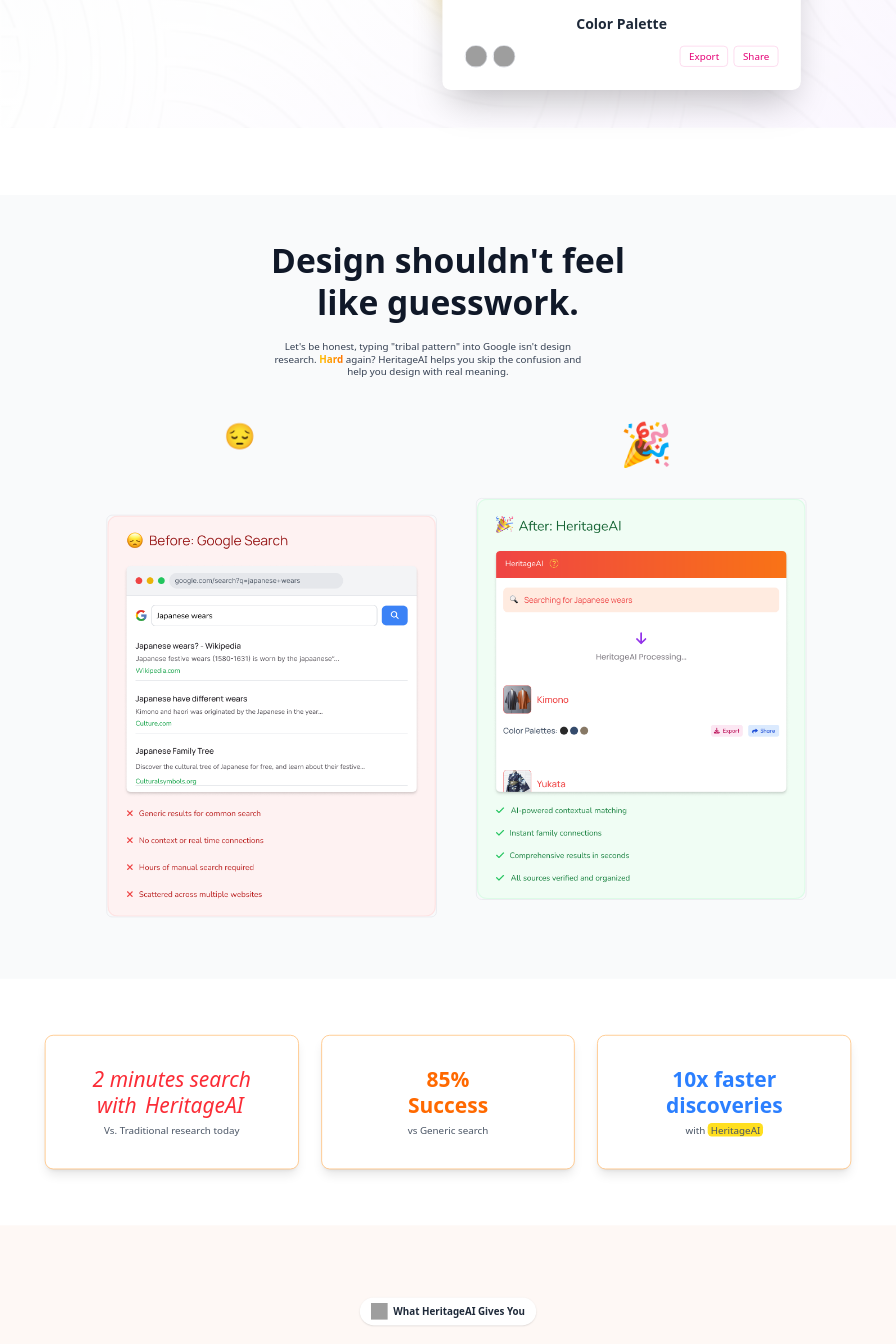
Repository: Em-driod/Heritage
Page: /
The author's editor kept a copy of each file at every save. The page is drawn from the files as they stood at one save, then again after the next save.
The browser window is 1280 px wide. The pictures show the part of the page from y = 708 to 2628 px (the page is 5766 px tall), at 70% of full size.
Pictures or frames that could not be fetched are drawn as grey boxes. The project was rebuilt for these pictures with package versions that can differ from the ones it lists, and the page was loaded fresh each time. Also part of the build but not shown: vite.config.ts.

Above is the page before, as saved 2025-07-09 12:00:30.

### src/App.tsx
// src/App.tsx
import React from 'react';
import { BrowserRouter as Router, Route, Routes } from 'react-router-dom';
import Home from './pages/House';
import Navbar from './components/Navbar';



const App: React.FC = () => {
  return (
    <Router>
      <div>
       <Navbar />

        <Routes>
          <Route path="/" element={<Home />} />


        </Routes>
      </div>
    </Router>
  );
};

export default App;

### src/pages/House.tsx
import Hero from "../components/Hero"
import Landsecont from "../components/landsecont"
import Landthird from "../components/landthird"
import Landfourth from "../components/landfourth"
import Landfifth from "../components/landfifth"

const Home = () => {
  return (
    <div>
      <Hero />
      <Landsecont />
      <Landthird />
     <Landfourth />
     <Landfifth />
    </div>
  )
}

export default Home

### src/components/Navbar.tsx


const Navbar = () => {
  return (
    <div className="flex items-center justify-between py-4 px-28 border-b border-gray-200">
      <div className="flex items-center space-x-4">
        {/* Using standard <img> tag */}
        <div className="relative w-24 h-8"> {/* You might need to adjust these dimensions or add more specific CSS for proper sizing */}
          <img
            src="/HeritageAI_logo.png" // Path to your image in the public folder
            alt="HeritageAI Logo"
            className="w-full h-full object-contain" // Tailwind classes for object-fit and full width/height
          />
        </div>

      </div>
       <nav className="hidden md:flex space-x-6">
          {/* Using standard <a> tags */}
          <a href="/culture" className="text-gray-700 hover:text-gray-900">Culture</a>
          <a href="/gallery" className="text-gray-700 hover:text-gray-900">Gallery</a>
          <a href="/about" className="text-gray-700 hover:text-gray-900">About</a>
        </nav>
      <div className="relative flex items-center">
        <input
          type="text"
          placeholder="Yoruba culture"
          className="pl-10 pr-4 py-2 border border-gray-300 rounded-md focus:outline-none focus:ring-2 focus:ring-blue-500 focus:border-transparent"
        />
        <svg
          className="absolute left-3 top-1/2 transform -translate-y-1/2 w-5 h-5 text-gray-400"
          fill="none"
          stroke="currentColor"
          viewBox="0 0 24 24"
          xmlns="http://www.w3.org/2000/svg"
        >
          <path
            strokeLinecap="round"
            strokeLinejoin="round"
            strokeWidth="2"
            d="M21 21l-6-6m2-5a7 7 0 11-14 0 7 7 0 0114 0z"
          ></path>
        </svg>
      </div>
    </div>
  );
};

export default Navbar;

### src/components/Hero.tsx
// ...imports and interface (unchanged)
import React, { useState, useEffect } from 'react';

interface Asset {
  src: string;
  label: string;
}

const Hero: React.FC = () => {
  const [selectedCulture, setSelectedCulture] = useState<string>('Yoruba');
  const [isLoading, setIsLoading] = useState<boolean>(false);
  const [generatedAssets, setGeneratedAssets] = useState<Asset[]>([]);
  const [showAmalaSpecificLoading, setShowAmalaSpecificLoading] = useState<boolean>(false);

  const fetchGeneratedAssets = (cultureParam: string) => {
    setIsLoading(true);
    setShowAmalaSpecificLoading(false);

    setTimeout(() => {
      let assetsData: Asset[] = [];
      if (cultureParam === 'Yoruba') {
        assetsData = [
          { src: "/obatala.png", label: "Obatala" },
          { src: "/amala.png", label: "Amala" },
          { src: "/osun.png", label: "Oshun" },
        ];
      } else if (cultureParam === 'Igbo') {
        assetsData = [
          { src: "/path-to-igbo-asset1.jpg", label: "Odinani" },
          { src: "/path-to-igbo-asset2.jpg", label: "Agbogho Mmuo" },
          { src: "/path-to-igbo-asset3.jpg", label: "Igbo Ukwu" },
        ];
      } else if (cultureParam === 'Japanese') {
        assetsData = [
          { src: "/path-to-japanese-asset1.jpg", label: "Geisha" },
          { src: "/path-to-japanese-asset2.jpg", label: "Samurai" },
          { src: "/path-to-japanese-asset3.jpg", label: "Sakura" },
        ];
      }
      setGeneratedAssets(assetsData);
      setIsLoading(false);

      if (cultureParam === 'Yoruba') {
        setShowAmalaSpecificLoading(true);
        setTimeout(() => setShowAmalaSpecificLoading(false), 5000);
      }
    }, 1500);
  };

  useEffect(() => {
    fetchGeneratedAssets(selectedCulture);
  }, [selectedCulture]);

  const handleCultureSelect = (cultureName: string) => {
    setSelectedCulture(cultureName);
  };

  const SkeletonLoader: React.FC = () => (
    <div className="space-y-4">
      {[1, 2, 3].map((_, index) => (
        <div key={index} className="flex items-center justify-between animate-pulse">
          <div className="flex items-center space-x-3">
            <div className="w-12 h-12 rounded-lg bg-gray-200"></div>
            <div className="h-4 bg-gray-200 rounded w-24"></div>
          </div>
          <div className="flex space-x-2">
            <div className="h-8 bg-gray-200 rounded w-16"></div>
            <div className="h-8 bg-gray-200 rounded w-16"></div>
          </div>
        </div>
      ))}
    </div>
  );

  const AmalaSpecificLoader: React.FC = () => (
    <div className="flex flex-col justify-center bg-gray-50 p-4 rounded-lg border border-gray-200 text-sm text-gray-800 space-y-4">
      <p><span className="font-semibold text-red-500">Symbol:</span> Symbolic of earthiness, heritage, and resilience.</p>
      <p><span className="font-semibold text-red-500">Color:</span> Dark Brown/Charcoal</p>
      <p><span className="font-semibold text-red-500">Made From:</span> Elubo (yam flour), sometimes cassava flour or plantain.</p>
      <p><span className="font-semibold text-red-500">Regions Known For It:</span> Deeply rooted in Oyo, Osun, Ibadan.</p>
      <p><span className="font-semibold text-red-500">Enjoyed With:</span> Ewedu, gbegiri, and obe ata.</p>
      <p className="italic text-gray-600">Sometimes called the “Yoruba national combo.”</p>
    </div>
  );

  return (
    <div className="py-4 sm:py-8 md:py-12 lg:py-24">
      <div
        className="relative flex justify-center items-center min-h-screen text-center "
        style={{
          backgroundImage: "url('/cfd.png')",
          backgroundSize: "cover",
          backgroundPosition: "center",
          backgroundRepeat: "no-repeat",
        }}
      >
        <div className="absolute inset-0 bg-gradient-to-br from-gray-50 via-white to-purple-50 opacity-80 z-0" />

        <div className="relative z-10 container mx-auto flex flex-col lg:flex-row items-center lg:items-start justify-center gap-8 lg:gap-12 max-w-7xl">
          {/* Left Section */}
          <div className="flex flex-col items-center mt-6 lg:items-start text-center lg:text-left max-w-full lg:max-w-xl px-4 sm:px-0">
            <h1 className="text-4xl md:text-4xl lg:text-5xl font-medium leading-tight text-gray-900 mb-8">
              Ancient Stories.<br />Modern Design.
            </h1>
            <p className="text-4xl md:text-4xl lg:text-5xl font-serif italic text-gray-900 mb-8">Instantly.</p>
            <p className="text-base sm:text-lg text-gray-700 mb-10 max-w-md">
              Bring ancient patterns, bold colors, and deep meaning into every pixel automatically.
            </p>
            <button className="flex items-center px-6 py-3 sm:px-8 sm:py-4 bg-gradient-to-r from-red-500 to-orange-500 text-white font-semibold rounded-lg shadow-lg hover:shadow-xl transition duration-300 transform hover:scale-105">
              <svg className="w-5 h-5 mr-2" fill="currentColor" viewBox="0 0 20 20">
                <path fillRule="evenodd" d="M10 18a8 8 0 100-16 8 8 0 000 16zM9.555 7.168A1 1 0 008 8v4a1 1 0 001.555.832l3-2a1 1 0 000-1.664l-3-2z" clipRule="evenodd" />
              </svg>
              Try Beta Free
            </button>
          </div>

          {/* Right Section Card + Aura */}
          <div className="relative w-full max-w-md lg:max-w-lg  lg:mt-0">
            {/* Glow effects behind the card */}
            <div className="absolute right-0 top-1/2 -translate-y-1/2 w-60 h-60 bg-purple-800 opacity- blur-2xl rounded-full z-[-1]" />
            <div className="absolute top-0 left-1/2 -translate-x-1/2 w-40 h-40 bg-green-400 opacity-30 blur-xl rounded-full z-[-1]" />
            <div className="absolute left-0 bottom-20 w-40 h-40 bg-yellow-400 opacity-40 blur-xl rounded-full z-[-1]" />

            {/* Actual Card */}
            <div className="bg-white rounded-xl shadow-2xl p-0 sm:p-8">
              <h2 className="text-lg sm:text-xl font-semibold text-gray-800 mb-6">Select Culture</h2>
              <div className="grid grid-cols-2 sm:grid-cols-3 gap-3 mb-8">
                {/* Culture Buttons */}
                {['Yoruba', 'Igbo', 'Japanese'].map((culture) => (
                  <button
                    key={culture}
                    className={`relative flex items-center justify-center p-3 rounded-md text-sm font-medium text-white h-20 overflow-hidden ${selectedCulture === culture ? 'ring-2 ring-purple-500 ring-offset-2' : ''}`}
                    onClick={() => handleCultureSelect(culture)}
                  >
                    <img src={`/${culture.toLowerCase()}.png`} alt={`${culture} Culture`} className="absolute inset-0 w-full h-full object-cover" />
                    <div className="absolute inset-0 bg-opacity-40 flex items-center justify-center"></div>
                  </button>
                ))}
              </div>

              <div className="flex flex-col items-center mb-6">
                <svg className="w-6 h-6 text-purple-600 mb-2" fill="none" stroke="currentColor" viewBox="0 0 24 24">
                  <path strokeLinecap="round" strokeLinejoin="round" strokeWidth="2" d="M19 14l-7 7m0 0l-7-7m7 7V3" />
                </svg>
              </div>

              <h2 className="text-lg sm:text-xl font-semibold text-gray-800 mb-4">Generated Assets</h2>
              {isLoading ? (
                <SkeletonLoader />
              ) : (
                <div className="space-y-4 mb-8">
                  {generatedAssets.map((asset) => (
                    <React.Fragment key={asset.label}>
                      <div className="flex items-center justify-between">
                        <div className="flex items-center space-x-3">
                          <img src={asset.src} alt={asset.label} className="w-12 h-12 rounded-lg object-cover" />
                          <span className="text-gray-800 font-medium">{asset.label}</span>
                        </div>
                        <div className="flex flex-col sm:flex-row space-y-2 sm:space-y-0 sm:space-x-2 text-sm">
                          <button className="px-3 py-1 border border-pink-200 text-pink-600 rounded-md hover:bg-pink-50">Export</button>
                          <button className="px-3 py-1 border border-pink-200 text-pink-600 rounded-md hover:bg-pink-50">Share</button>
                        </div>
                      </div>
                      {asset.label === 'Amala' && selectedCulture === 'Yoruba' && showAmalaSpecificLoading && (
                        <AmalaSpecificLoader />
                      )}
                    </React.Fragment>
                  ))}
                </div>
              )}

              <h2 className="text-lg sm:text-xl font-semibold text-gray-800 mb-4">Color Palette</h2>
              <div className="flex flex-col sm:flex-row items-center justify-between space-y-4 sm:space-y-0">
                <div className="flex space-x-2">
                  <button className="w-8 h-8 rounded-full border border-gray-300 bg-cover bg-center" style={{ backgroundImage: "url('/path-to-yellow-palette-image.png')" }} />
                  <button className="w-8 h-8 rounded-full border border-gray-300 bg-cover bg-center" style={{ backgroundImage: "url('/path-to-dark-palette-image.png')" }} />
                </div>
                <div className="flex space-x-2 text-sm">
                  <button className="px-3 py-1 border border-pink-200 text-pink-600 rounded-md hover:bg-pink-50">Export</button>
                  <button className="px-3 py-1 border border-pink-200 text-pink-600 rounded-md hover:bg-pink-50">Share</button>
                </div>
              </div>
            </div>
          </div>
          {/* End of Right Section */}
        </div>
      </div>
    </div>
  );
};

export default Hero;

### src/components/landsecont.tsx
const Landsecont = () => {
  return (
    <div className="flex flex-col items-center justify-center min-h-screen bg-gray-50 py-16 px-4 sm:px-6 lg:px-8">
      {/* Top Section: Main Heading and Subheading */}
      <div className="text-center mb-16 max-w-4xl mx-auto">
        <h1 className="text-4xl sm:text-5xl lg:text-5xl font-bold text-gray-900 leading-tight">
          Design shouldn't feel
          <br />
          like guesswork.
        </h1>
        <p className="mt-6 text-sm sm:text-sm w-112 text-gray-700 leading-tight">
          Let's be honest, typing "tribal pattern" into Google
          isn't design research.
          <span className="font-bold bg-gradient-to-r from-yellow-400 to-orange-500 text-transparent bg-clip-text"> Hard </span>
          again? HeritageAI helps you skip the
          confusion and help you design with real meaning.
        </p>
      </div>

      {/* Middle Section: Emojis */}
      <div className="flex justify-between w-full max-w-5xl px-8 mb-12">
        <span role="img" aria-label="sad face" className="text-4xl  translate-x-40">
          😔
        </span>
        <span role="img" aria-label="party popper" className="text-6xl -translate-x-40">
          🎉
        </span>
      </div>

      {/* Bottom Section: Before & After Cards */}
      <div className="flex flex-col lg:flex-row justify-center items-stretch gap-8 w-full max-w-5xl">
        {/* Left Column: Before Google Search */}
        <div className="  flex-1  p-6 flex flex-col">

          <img
            src="/afre.png"
            alt="Google Search Screenshot"
            className="rounded-lg border border-gray-200 w-full object-cover"
          />
        </div>

        {/* Right Column: After HeritageAI */}
            <div className="  flex-1    flex flex-col">
                <span role="img" aria-label="party popper" className="text-2xl translate-x-12">

        </span>

          <img
            src="/reaf.png"
            alt="Google Search Screenshot"
            className="rounded-lg border border-gray-200 w-full object-cover"
          />
        </div>
      </div>
    </div>
  );
};

export default Landsecont;

### src/components/landthird.tsx


const Landthird = () => {
  return (
    <div className="flex justify-center items-center py-20 px-4 sm:px-6 lg:px-8 bg-white">
      <div className="flex flex-col lg:flex-row items-center justify-center gap-8 w-full max-w-6xl">

        {/* Card 1: 2 minutes search */}
        <div className="flex-1 bg-white border border-orange-300 rounded-xl shadow-lg p-6 text-center h-48 flex flex-col justify-center transition-transform duration-300 hover:scale-105">
          <p className="text-3xl italic  text-red-500 mb-2">
            2 minutes search
            <br />
            with <span className=" px-1 rounded-md">HeritageAI</span>
          </p>
          <p className="text-sm text-gray-600">
            Vs. Traditional research today
          </p>
        </div>

        {/* Card 2: 85% Success */}
        <div className="flex-1 bg-white border border-orange-300 rounded-xl shadow-lg p-6 text-center h-48 flex flex-col justify-center transition-transform duration-300 hover:scale-105">
          <p className="text-3xl font-bold text-orange-500 mb-2">
            85%
            <br />
            Success
          </p>
          <p className="text-sm text-gray-600">
            vs Generic search
          </p>
        </div>

        {/* Card 3: 10x faster discoveries */}
        <div className="flex-1 bg-white border border-orange-300 rounded-xl shadow-lg p-6 text-center h-48 flex flex-col justify-center transition-transform duration-300 hover:scale-105">
          <p className="text-3xl font-bold text-blue-500 mb-2">
            10x faster
            <br />
            discoveries
          </p>
          <p className="text-sm text-gray-600">
            with <span className="bg-yellow-300 px-1 rounded-md">HeritageAI</span>
          </p>
        </div>

      </div>
    </div>
  );
};

export default Landthird;

### src/components/landfourth.tsx


const Landfourth = () => {
  return (
    <div className="bg-[#fef8f5] min-h-screen flex flex-col items-center justify-center py-20 px-4 sm:px-6 lg:px-8">
      {/* Top Section: What HeritageAI Gives You */}
      <div className="text-center mb-16">
        <div className="inline-flex items-center bg-white rounded-full py-2 px-4 shadow-sm mb-6">
          <img
            src="/path-to-heritageai-icon.png" // Placeholder, replace with your actual icon path
            alt="HeritageAI Icon"
            className="w-6 h-6 mr-2"
          />
          <span className="text-sm font-semibold text-gray-800">What HeritageAI Gives You</span>
        </div>
        <h1 className="text-5xl sm:text-6xl font-bold text-gray-900 leading-tight">
          One click.
          <br />
          Infinite heritage.
        </h1>
      </div>

      {/* Cards Section */}
      <div className="grid grid-cols-1 md:grid-cols-2 lg:grid-cols-4 gap-8 max-w-6xl w-full">

        {/* Card 1: Design kits */}
        <div className="bg-white rounded-2xl shadow-lg p-6 flex flex-col items-start text-left">
          <img
            src="/path-to-design-kits-icon.png" // Placeholder, replace with your actual icon path
            alt="Design kits icon"
            className="w-12 h-12 mb-4"
          />
          <h3 className="text-xl font-semibold text-gray-900 mb-2">Design kits</h3>
          <p className="text-gray-600 text-sm mb-4">
            Ready to use palettes, icons
            <br />
            textures
          </p>
          <div className="flex space-x-2 mt-auto">
            <div className="w-8 h-8 rounded-full bg-pink-500 border-2 border-white shadow"></div>
            <div className="w-8 h-8 rounded-full bg-cyan-500 border-2 border-white shadow"></div>
            <div className="w-8 h-8 rounded-full bg-purple-500 border-2 border-white shadow"></div>
          </div>
        </div>

        {/* Card 2: Cultural Context */}
        <div className="bg-white rounded-2xl shadow-lg p-6 flex flex-col items-start text-left">
          <img
            src="/path-to-cultural-context-icon.png" // Placeholder, replace with your actual icon path
            alt="Cultural Context icon"
            className="w-12 h-12 mb-4"
          />
          <h3 className="text-xl font-semibold text-gray-900 mb-2">Cultural Context</h3>
          <p className="text-gray-600 text-sm mb-4">
            Every visual comes with a short
            <br />
            short or symbol meaning
          </p>
          <div className="flex items-center text-gray-700 font-medium mt-auto">
            <svg className="w-5 h-5 mr-2 text-gray-500" fill="currentColor" viewBox="0 0 20 20" xmlns="http://www.w3.org/2000/svg">
              <path fillRule="evenodd" d="M4 4a2 2 0 012-2h4.586A2 2 0 0112 2.414L14.586 5A2 2 0 0115 6.414V16a2 2 0 01-2 2H6a2 2 0 01-2-2V4zm2 6a1 1 0 011-1h6a1 1 0 110 2H7a1 1 0 01-1-1zm1 3a1 1 0 100 2h6a1 1 0 100-2H7z" clipRule="evenodd"></path>
            </svg>
            Rich storytelling
          </div>
        </div>

        {/* Card 3: Export Ready */}
        <div className="bg-white rounded-2xl shadow-lg p-6 flex flex-col items-start text-left">
          <img
            src="/path-to-export-ready-icon.png" // Placeholder, replace with your actual icon path
            alt="Export Ready icon"
            className="w-12 h-12 mb-4"
          />
          <h3 className="text-xl font-semibold text-gray-900 mb-2">Export Ready</h3>
          <p className="text-gray-600 text-sm mb-4">
            Use in Figma, Canva, Webflow,
            <br />
            or even download
          </p>
          <div className="flex space-x-2 mt-auto">
            <img src="/path-to-figma-icon.png" alt="Figma icon" className="w-8 h-8" /> {/* Placeholder */}
            <img src="/path-to-canva-icon.png" alt="Canva icon" className="w-8 h-8" /> {/* Placeholder */}
            <img src="/path-to-webflow-icon.png" alt="Webflow icon" className="w-8 h-8" /> {/* Placeholder */}
          </div>
        </div>

        {/* Card 4: More Than Visuals */}
        <div className="bg-white rounded-2xl shadow-lg p-6 flex flex-col items-start text-left">
          <img
            src="/path-to-more-than-visuals-icon.png" // Placeholder, replace with your actual icon path
            alt="More Than Visuals icon"
            className="w-12 h-12 mb-4"
          />
          <h3 className="text-xl font-semibold text-gray-900 mb-2">More Than Visuals</h3>
          <p className="text-gray-600 text-sm mb-4">
            Build brand identity rooted in
            <br />
            something real.
          </p>
          <div className="flex items-center text-gray-700 font-medium mt-auto">
            <svg className="w-5 h-5 mr-2 text-gray-500" fill="currentColor" viewBox="0 0 20 20" xmlns="http://www.w3.org/2000/svg">
              <path fillRule="evenodd" d="M10 18a8 8 0 100-16 8 8 0 000 16zm3.707-9.293a1 1 0 00-1.414-1.414L9 10.586 7.707 9.293a1 1 0 00-1.414 1.414l2 2a1 1 0 001.414 0l4-4z" clipRule="evenodd"></path>
            </svg>
            Authentic foundations
          </div>
        </div>

      </div>
    </div>
  );
};

export default Landfourth;

Loaded but not shown: index.html (common file); src/main.tsx (common file); src/index.css (common file); src/components/landfifth.tsx (203 lines, source omitted)

After the next save:
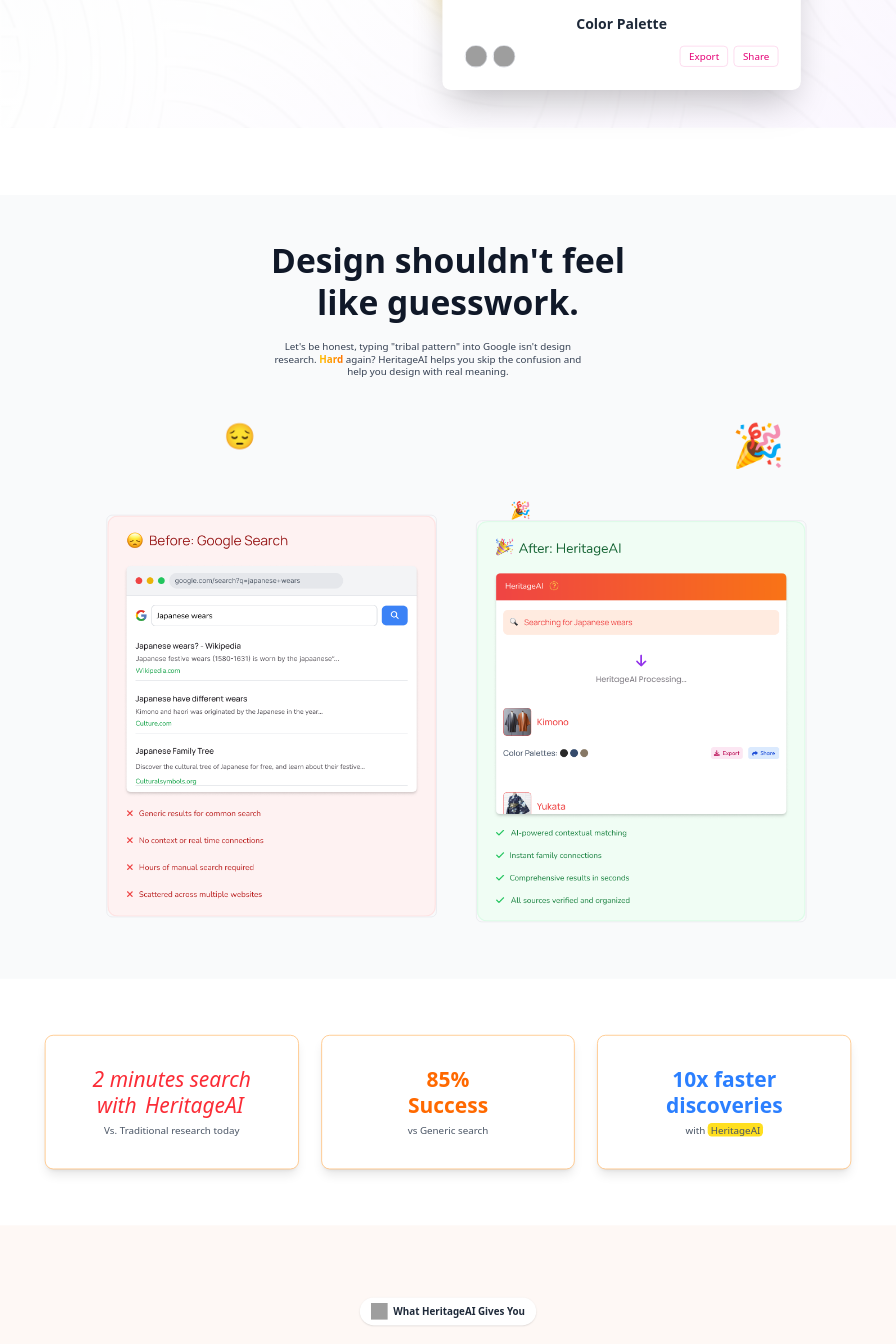
Saved 13 s later.
--- a/src/components/landsecont.tsx
+++ b/src/components/landsecont.tsx
@@ -22,7 +22,7 @@
         <span role="img" aria-label="sad face" className="text-4xl  translate-x-40">
           😔
         </span>
-        <span role="img" aria-label="party popper" className="text-6xl -translate-x-40">
+        <span role="img" aria-label="party popper" className="text-6xl -translate-x-">
           🎉
         </span>
       </div>
@@ -42,7 +42,7 @@
         {/* Right Column: After HeritageAI */}
             <div className="  flex-1    flex flex-col">
                 <span role="img" aria-label="party popper" className="text-2xl translate-x-12">
-
+          🎉
         </span>
 
           <img
